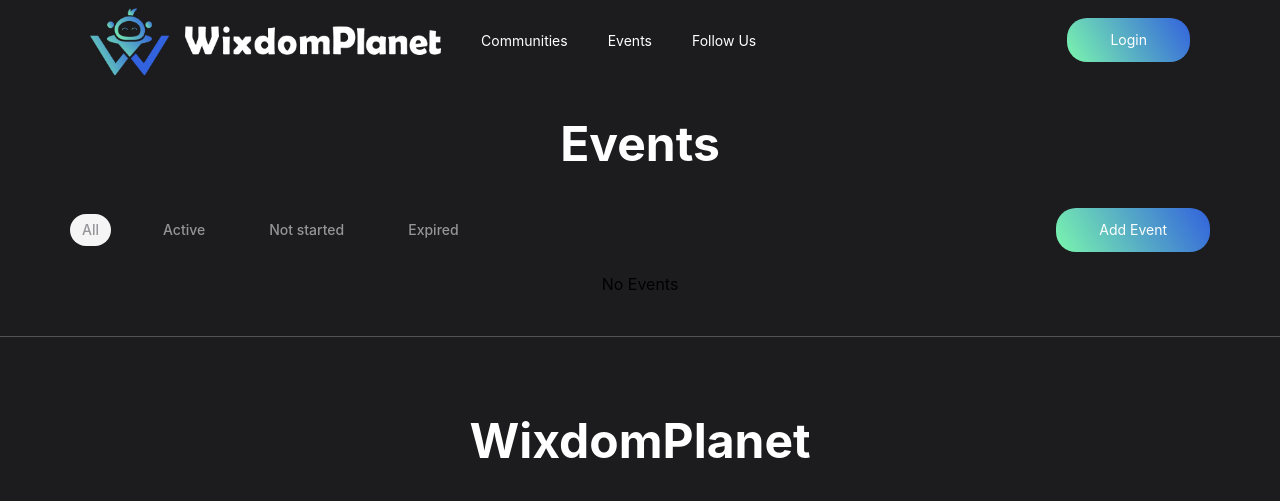
Repository: haudnn/WixdomPlanet-demo
Page: /
The author's editor kept a copy of each file at every save. The page is drawn from the files as they stood at one save, then again after the next save.
The browser window is 1280 px wide. The pictures show the whole page.
The project was rebuilt for these pictures with package versions that can differ from the ones it lists, and the page was loaded fresh each time. Also part of the build but not shown: vite.config.js, src/features/Event/page/AddEvent.jsx, src/features/Event/components/EventItem.jsx, src/features/Event/page/Event.jsx.

Above is the page before, as saved 2023-02-04 14:51:00.

After the next save:
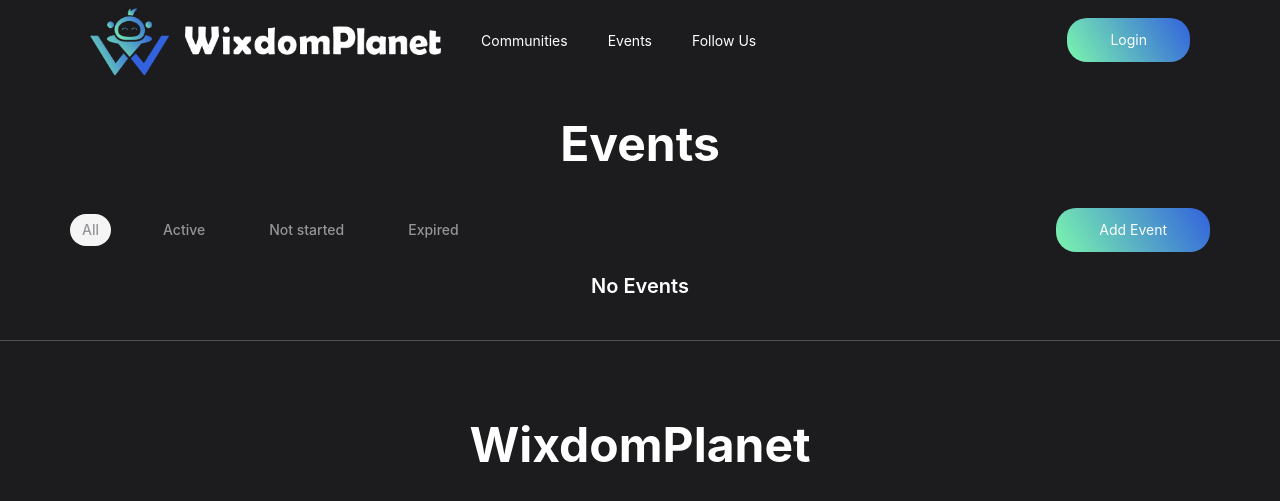
Saved 19 s later.
--- a/src/features/Home.jsx
+++ b/src/features/Home.jsx
@@ -75,7 +75,7 @@ const Home = () => {
         {
           filteredEvents.length > 0 ? (<Event events={filteredEvents} />) : (
             <div className="text-center">
-              <span>No Events</span>
+              <span className="text-white font-semibold text-xl">No Events</span>
             </div>
           )
         }
